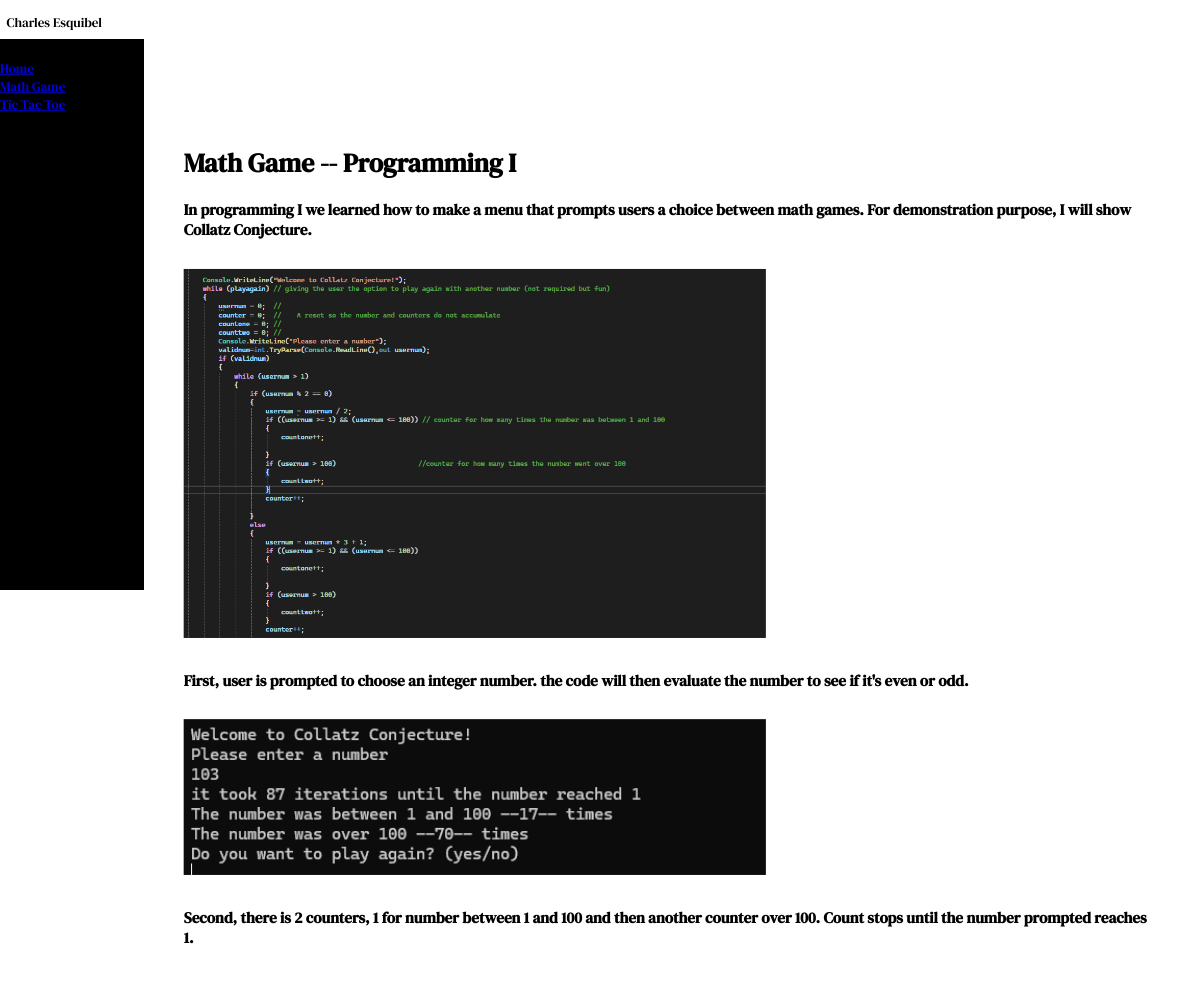
Repository: vGitCharles/vGitCharles
Page: pages/MathGame.html
An editor plug-in stored every save of this project. The page is shown before and after the next save, followed by the edit.
The browser window is 1280 px wide. The page is 1448 px wide, so the pictures cover 1448 px, including what lies to the right of the window. The pictures show the whole page, at 82% of full size.

Above is the page before, as saved 2026-05-15 23:56:02.
Console error: TypeError: Cannot read properties of null (reading 'addEventListener')

### pages/MathGame.html
<!DOCTYPE html>
<html lang="en">
<head>
    <meta charset="UTF-8">
    <meta name="viewport" content="width=device-width, initial-scale=1.0">
     <link rel="stylesheet" href="../styles/globals.css">
     <link rel="stylesheet" href="../styles/index.css">
     <script src="../scripts/sidebar.js"></script>
    <title>Math Game</title>
</head>
<body>
    <header class="topbar">
        <button class="hamburger" id="hamburger" aria-label="Open Navigation" aria-expanded="false" aria-controls="sidebar">
            <span></span>
            <span></span>
            <span></span>
        </button>
        <p class="topbar__name">Charles Esquibel</p>
        <a class="topbar__email" href="mailto:esquibelcharles@gmail.com">Contact</a>
    </header>
    <nav class="sidebar" id="sidebar" aria-label="Site Navigation">
        <ul>
            <li><a href="../index.html" class="sidebar__link">Home</a></li>
            <li><a href="../pages/MathGame.html" class="sidebar__link active">Math Game</a></li>
            <li><a href="../pages/TicTacToe.html" class="sidebar__link">Tic Tac Toe</a></li>
        </ul>
    </nav>

<main class="page-content">
        <h1>Math Game -- Programming I</h1>
    <p>
        <h3>In programming I we learned how to make a menu that prompts users a choice between math games.
        For demonstration purpose, I will show Collatz Conjecture.
        </h3>
        <img src="../assets/images/MathGame1.png" alt="Collatz Code">


    </p>
    <p>
        <h3>
            First, user is prompted to choose an integer number. the code will then evaluate the number to see if it's even or odd.

        </h3>
        <img src="../assets/images/MathGame2.png" alt="Collatz Console UI">
        <h3>
            Second, there is 2 counters, 1 for number between 1 and 100 and then another counter over 100. Count stops until the number prompted reaches 1.
        </h3>
    </p>
</main>
 <script src="../scripts/sidebar.js"></script>
</body>
</html>

### styles/globals.css
@font-face {
    font-family:'IBM';
    src: url('../assets/fonts/DM_Serif_Text/DMSerifText-Regular.ttf') format('truetype');
}

body{
    font-family:'IBM',sans-serif ;
    overflow-x: hidden;
}
/*ensures all elements have box-sizing https://www.w3schools.com/cssref/sel_before.php*/
*,*::before, *::after{
    box-sizing: border-box;
}

### styles/index.css
.topBar{
    position: fixed;
    top:0;
    left: 0;
    right: 0;
    height:3rem;
    z-index: 100;
    background-color: black;
    border-bottom: 1px solid #2a2520;
    display: flex;
    align-items: center;
    justify-content: space-between;
    padding: 0 1.5rem;

}
.TopBar_Name{
    font-family:'IBM', sans-serif ;
    font-size: 1rem;
    color:whitesmoke;
    font-weight: 600;
}
.TopBar_Email{
    font-family: 'IBM',sans-serif;
    font-size:0.85rem;
    color: grey;
    text-decoration: none;
    transition: color 0.2s;
}
.TopBar_Email:hover{
    color: yellow;
}
/*SideBar*/
.sidebar{
    position: fixed;
    top:3rem;
    left: 0;
    bottom:0;
    width: 11rem;
    background-color: black;
    border-right: 1px solid black;
    padding:1.5rem 0;
    /*hidden off-screen on mobile*/
    transform: translateX(-100%);
    z-index:90;
}
.sidebar ul{
    list-style: none;
    margin:0;
    padding:0;
}

.sidebar_link{
    display:block;
    padding: 0.6rem 1.25rem;
    font-family: 'IBM', sans-serif;
    font-size:0.85rem;
    color: grey;
    text-decoration: none;
    border-left: 2px solid transparent;
    transition:color 0.2s, border-color 0.2s, background-color 0.2s;
}
.sidebar_link:hover{
    color:white;
    background-color: black;
    border-left-color: darkorange;

}
.sidebar_link:active{
    color:goldenrod;
    border-left-color: goldenrod;
    background-color: black;
}
/*function allows re-position an element along the x-axis https://www.w3schools.com/cssref/func_translatex.php*/
.sidebar.is-open{
    transform:translateX(0);
}
/*Hamburger button (mobile only) https://www.w3schools.com/howto/howto_css_menu_icon.asp*/
.hamburger{
    display:flex;
    flex-direction: column;
    gap:5px;
    background: none;
    border:none;
    cursor:pointer;
    padding: 0.25rem;
    margin-right: 0.75rem;
}
.hamburger span{
    display:block;
    width:1.4rem;
    height:1.5px;
    background-color:white;
    border-radius: 2px;
}

/*Main Content*/
.page-content{
    margin-top: 3rem;
    margin-left: 11rem;
    padding:2rem 2.5rem;
    box-sizing: border-box;
    width:100%;
    overflow-x: hidden;

}
.page-content img{
    width:100%;
    max-width: 100%;
    height: auto;
    margin-block: 1rem;
}
/* Tablet*/
@media (min-width:40rem){
    .page-content{
        padding: 2rem 1.5rem;
    }
    .page-content img{
        max-width: 80%;
    }
}
/*Desktop*/
@media (min-width: 50rem){
    .hamburger{
        display: none;
    }
    .sidebar{
        transform: translateX(0);
    }
    .page-content{
        margin-left:11rem;
        padding:2rem 2.5rem;
    }
    .page-content img{
        max-width: 60%;
    }
}

### scripts/sidebar.js
const hamburger = document.getElementById('hamburger');
const sidebar = document.getElementById('sidebar');

hamburger.addEventListener('click', () => {
    const isOpen = sidebar.classList.toggle('is-open');
    hamburger.setAttribute('aria-expanded', isOpen);
});

After the next save:
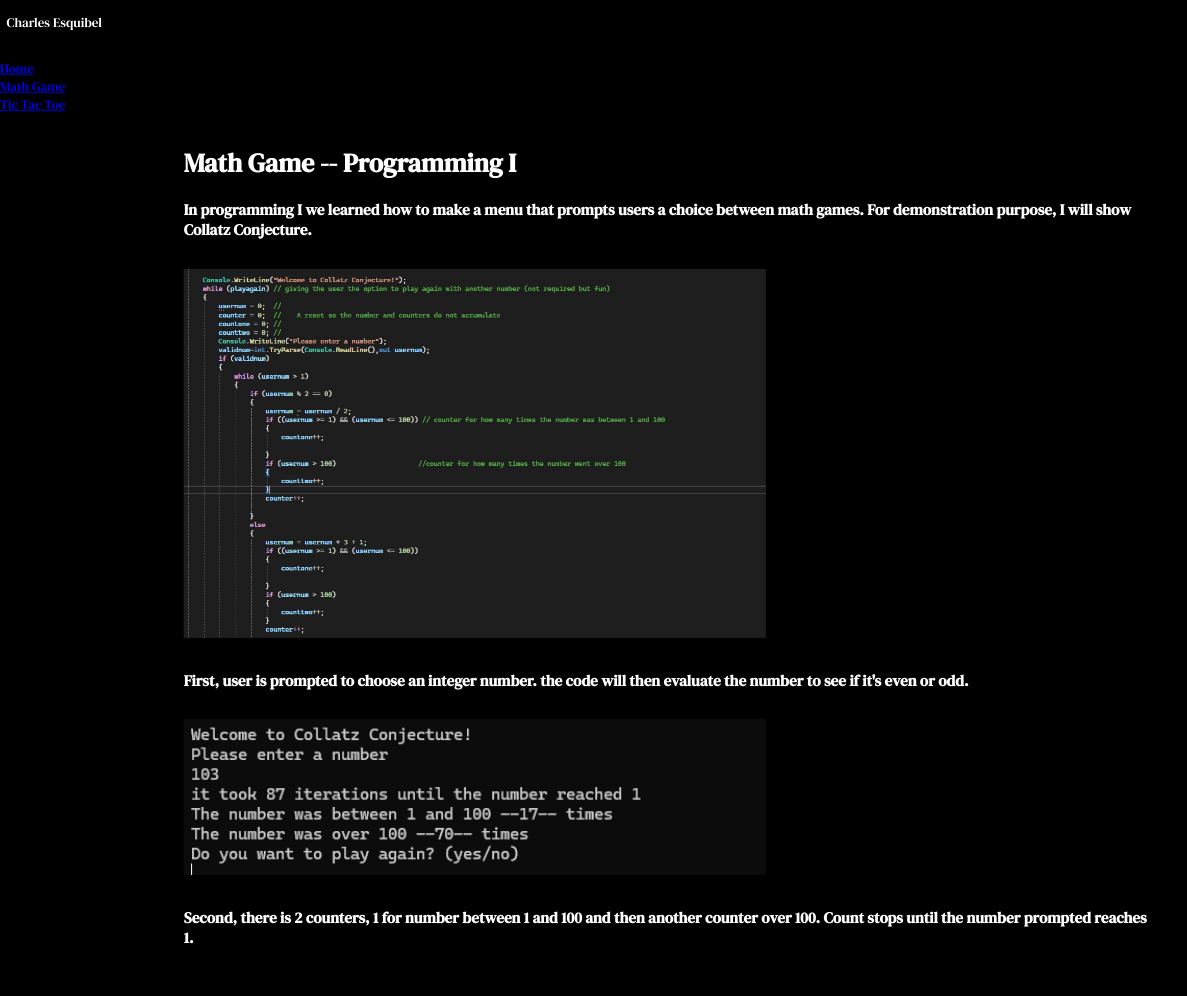
Saved 6 min 28 s later.
--- a/styles/globals.css
+++ b/styles/globals.css
@@ -6,6 +6,8 @@
 body{
     font-family:'IBM',sans-serif ;
     overflow-x: hidden;
+    background-color: black;
+    color: white;
 }
 /*ensures all elements have box-sizing https://www.w3schools.com/cssref/sel_before.php*/
 *,*::before, *::after{
